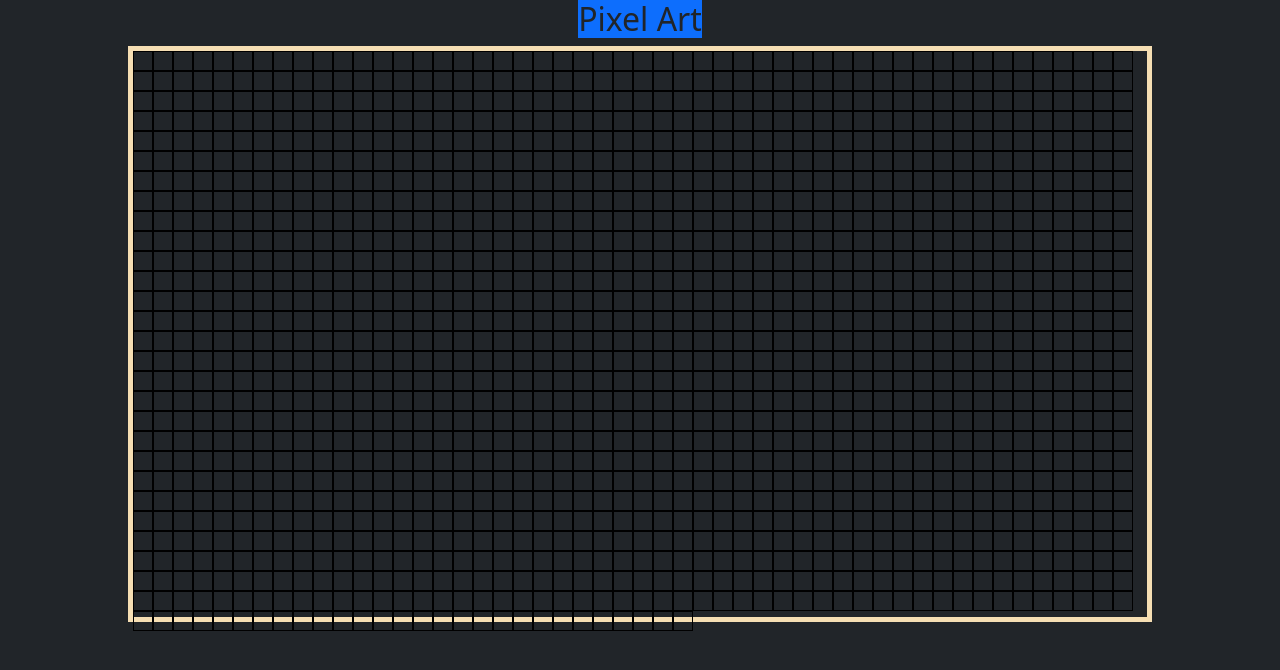
Repository: bechara611/pixelartdb
Page: /
The author's editor kept a copy of each file at every save. The page is drawn from the files as they stood at one save, then again after the next save.
The browser window is 1280 px wide. The pictures show the whole page.
The project was rebuilt for these pictures with package versions that can differ from the ones it lists, and the page was loaded fresh each time. Also part of the build but not shown: vite.config.js.

Above is the page before, as saved 2023-03-06 13:47:42.

After the next save:
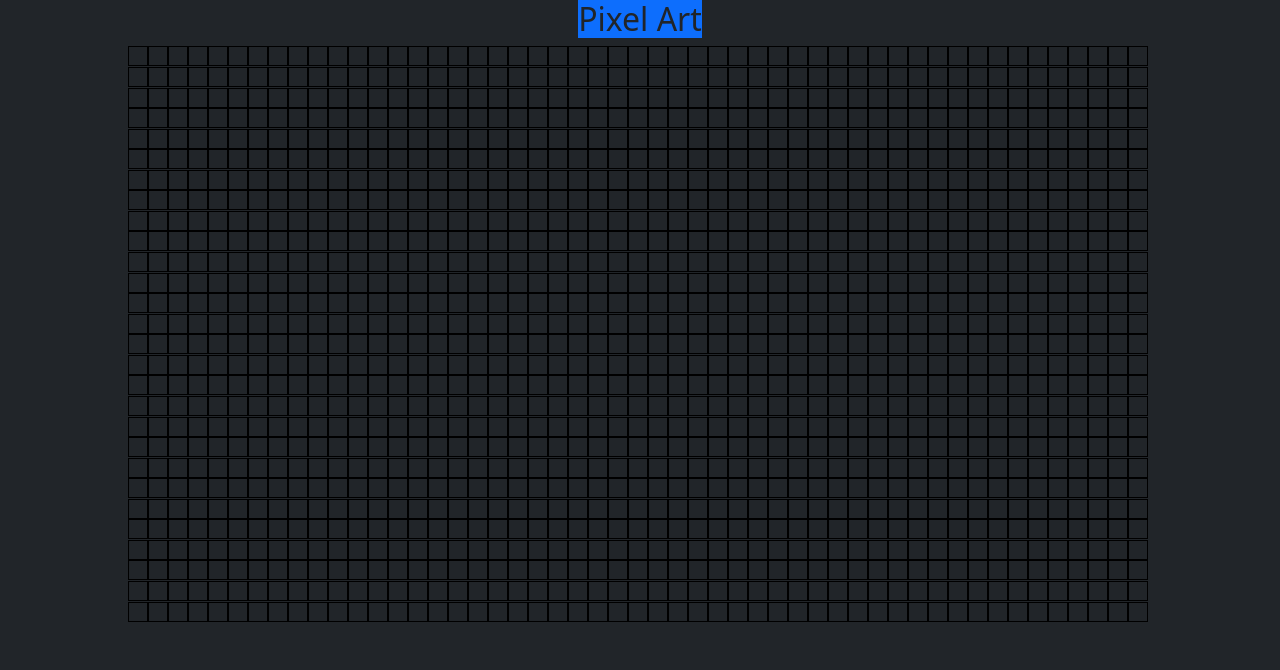
Saved 2 min 11 s later.
--- a/src/App.css
+++ b/src/App.css
@@ -25,7 +25,7 @@
 }
 
 .contenedor {
-  border: 5px solid wheat;
+
   display: flex;
   flex-direction: row;
   flex-wrap: wrap;
